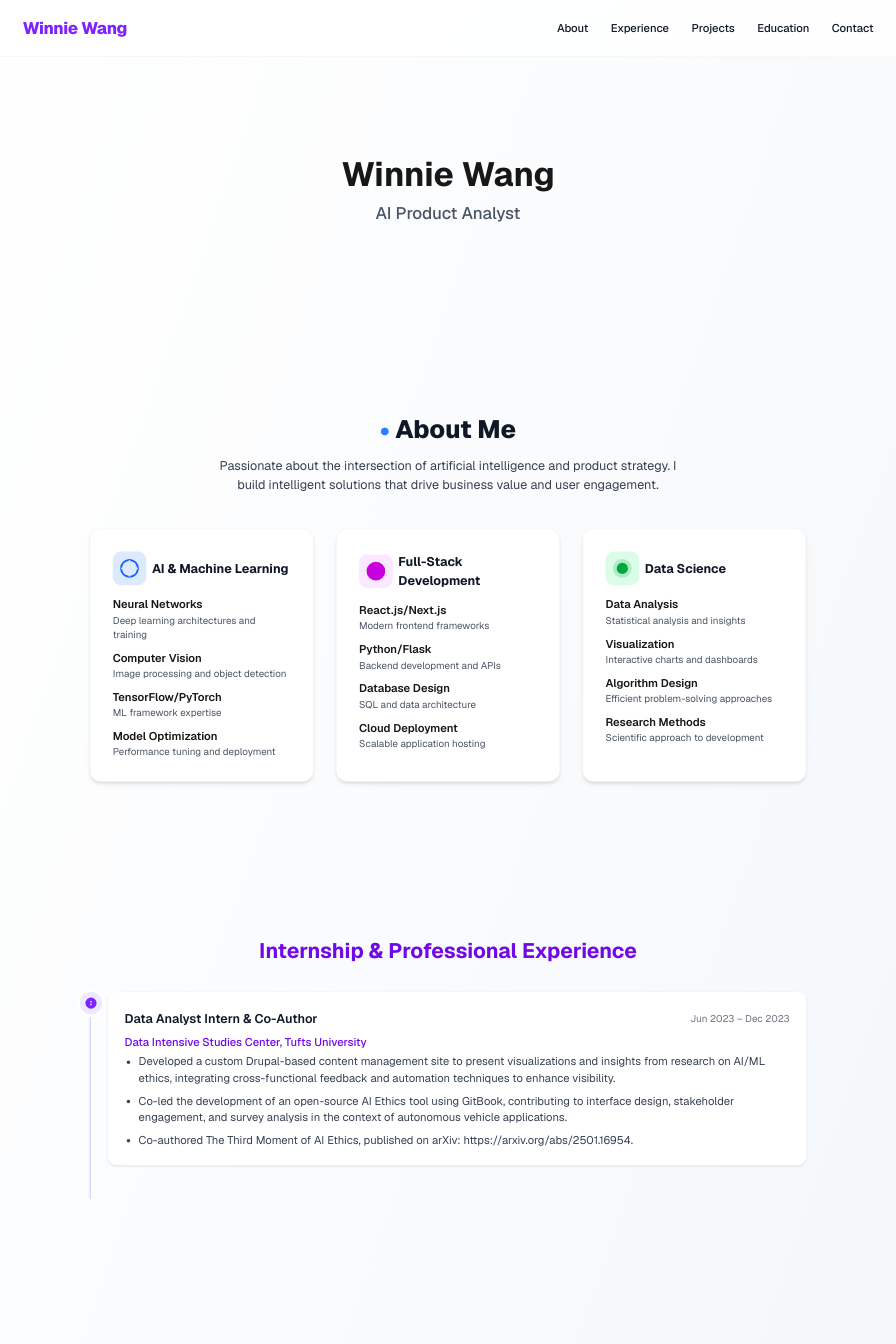
Repository: winniewyl/personal-portfolio
Page: /
The author's editor kept a copy of each file at every save. The page is drawn from the files as they stood at one save, then again after the next save.
The browser window is 1280 px wide. The pictures show the part of the page from y = 0 to 1920 px (the page is 3605 px tall before and 3701 px after), at 70% of full size.
The project was rebuilt for these pictures with package versions that can differ from the ones it lists, and the page was loaded fresh each time. The framework's server and built-in components were replaced by stand-ins that run in the browser. Also part of the build but not shown: next.config.ts.

Above is the page before, as saved 2025-07-29 14:14:05.

After the next save:
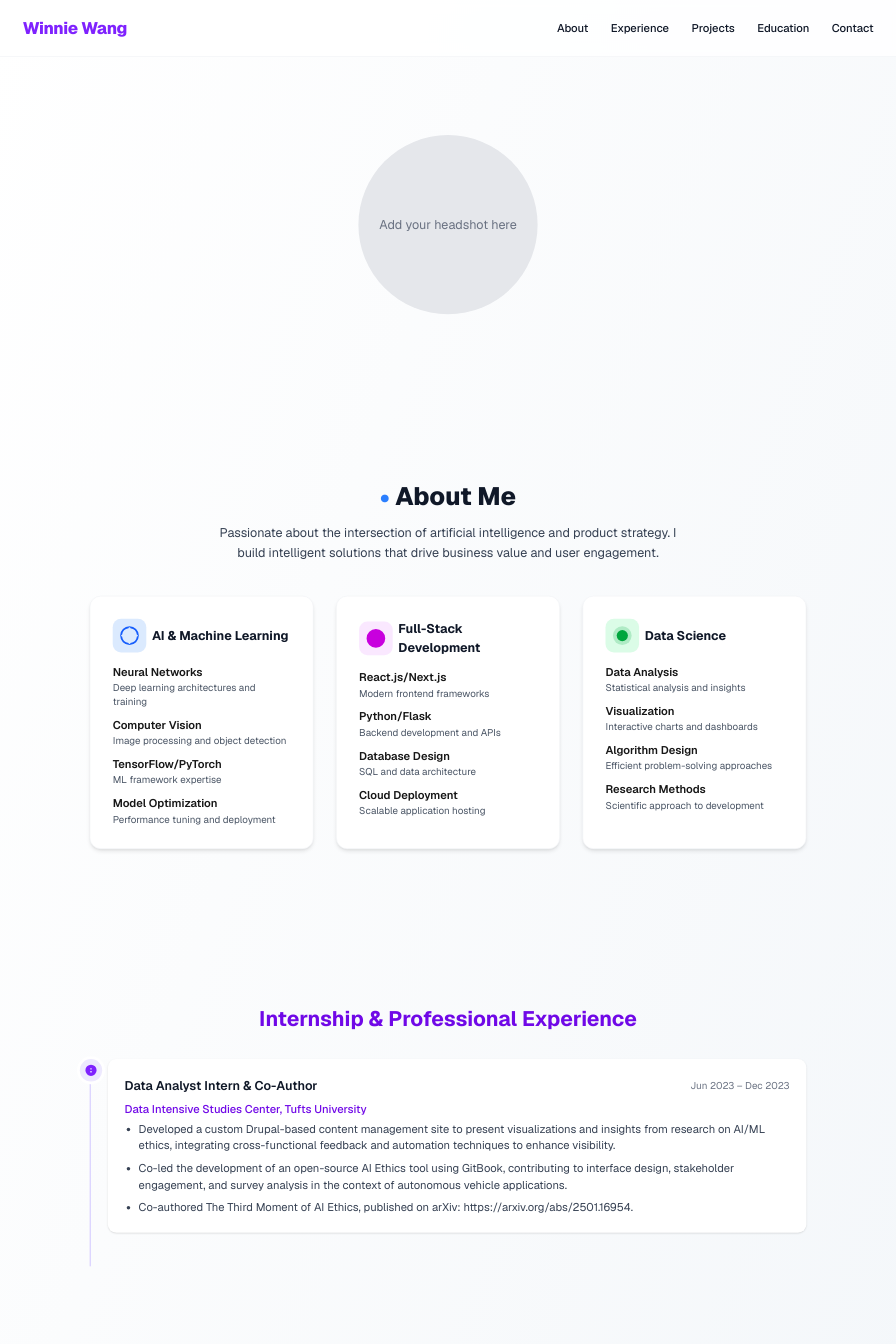
Saved 91 s later.
--- a/src/app/page.tsx
+++ b/src/app/page.tsx
@@ -102,7 +102,12 @@ export default function Home() {
       {/* Main Content */}
       <main className="flex-1 w-full flex flex-col items-center px-4 sm:px-0">
         <section className="w-full flex flex-col items-center justify-center py-20 sm:py-28 bg-transparent">
-          <Hero name="Winnie Wang" role="AI Product Analyst" />
+          {/* Headshot space reserved */}
+          <div className="w-64 h-64 rounded-full bg-gray-200 dark:bg-gray-700 flex items-center justify-center">
+            <span className="text-gray-500 dark:text-gray-400 text-lg">
+              Add your headshot here
+            </span>
+          </div>
         </section>
         <section
           id="about"
